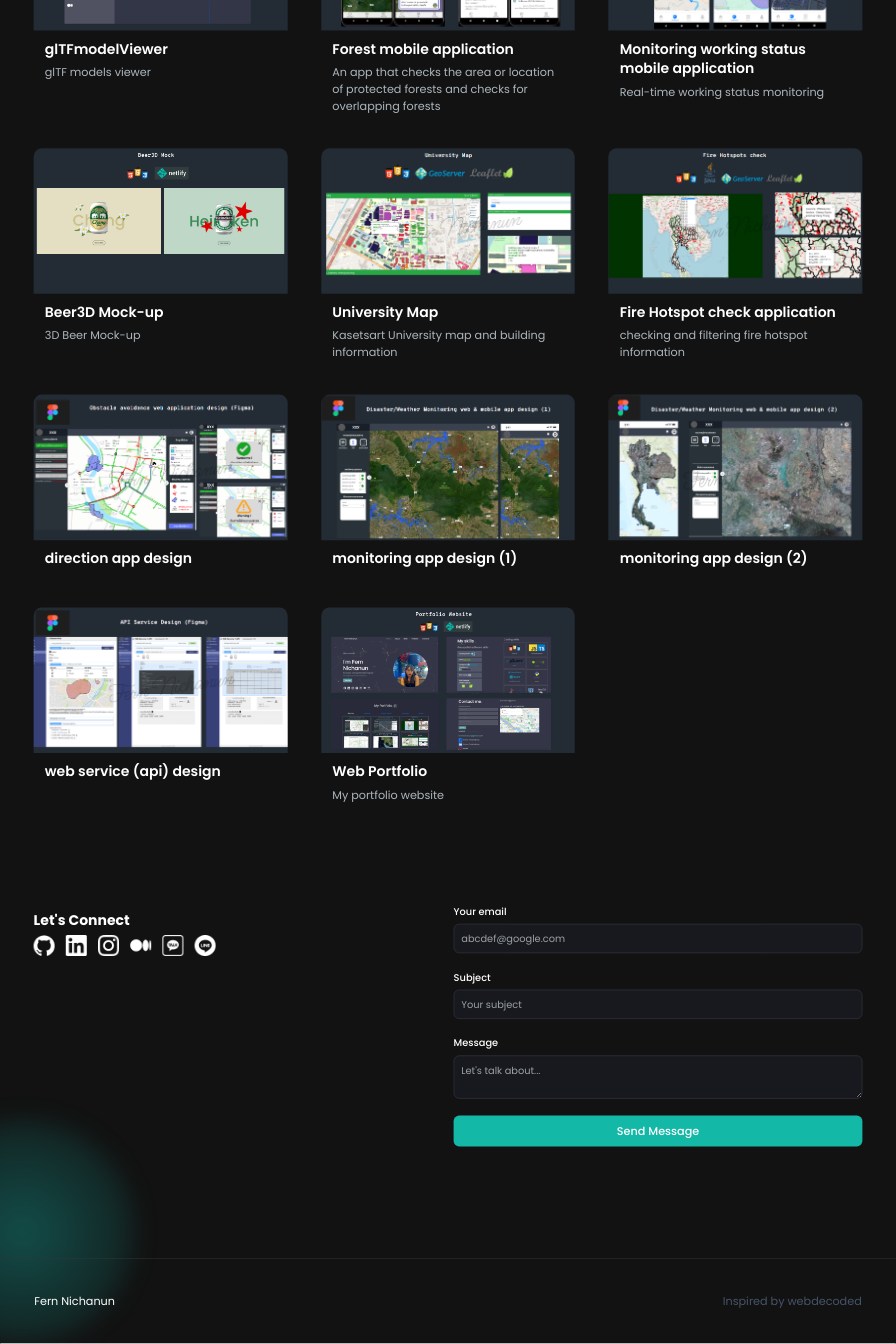
Repository: ffferncake/ffferncake-webport-2024
Page: /
These files come from the project's save history. The page is drawn as it stood at one moment and after the next save; the edit follows.
The browser window is 1280 px wide. The pictures show the part of the page from y = 2104 to 4024 px (the page is 4024 px tall), at 70% of full size.
The project was rebuilt for these pictures with package versions that can differ from the ones it lists, and the page was loaded fresh each time. The framework's server and built-in components were replaced by stand-ins that run in the browser. Also part of the build but not shown: next.config.js, src/app/components/MenuOverlay.jsx, src/app/components/AchievementsSection.jsx.

Above is the page before, as saved 2024-03-13 01:06:57.

### src/app/layout.js
import "./globals.css";
import { Poppins } from "next/font/google";

const poppins = Poppins({
  subsets: ["latin"],
  display: "swap",
  variable: "--font-poppins",
  weight: ["100", "200", "300", "400", "500", "600", "700", "800", "900"]
});
export const metadata = {
  title: "Fern Nichanun",
  description: "Ferncake Web Portfolio",
  // icons: [{ rel: 'icon', url: Favicon }],
};

export default function RootLayout({ children }) {
  return (
    <html lang="en">
      <link rel="icon" type="image/png" href="/images/carrot.png" />
      <body className={poppins.className}>{children}</body>
    </html>
  );
}

### src/app/globals.css
@import url('https://fonts.googleapis.com/css2?family=Poppins:wght@400;700&display=swap');
@tailwind base;
@tailwind components;
@tailwind utilities;

:root {
  --foreground-rgb: 0, 0, 0;
  --background-start-rgb: 214, 219, 220;
  --background-end-rgb: 255, 255, 255;
  --backgroud-color: hsl(231, 16%, 24%);
  --green-color: #5f9ea0;
  --secondary-color: #bbbbbb;
  --bg-color-of-lists-in-skills-section: hsl(229, 12%, 37%);
  --card-bg-color: #232432;

  --bg-color-for-form-inputs: #ffffff24;
  --border-color-for-form-inputs: #c4c4c44a;
}

@media (prefers-color-scheme: dark) {
  :root {
    --foreground-rgb: 255, 255, 255;
    --background-start-rgb: 0, 0, 0;
    --background-end-rgb: 0, 0, 0;
  }
}

body {
  color: rgb(var(--foreground-rgb));
  background: linear-gradient(
      to bottom,
      transparent,
      rgb(var(--background-end-rgb))
    )
    rgb(var(--background-start-rgb));
}

### src/app/components/HeroSection.jsx
"use client";
import React, { useState, useEffect } from "react";
import Image from "next/image";
import { TypeAnimation } from "react-type-animation";
import { motion } from "framer-motion";
import Link from "next/link";
import GithubIcon from "../../../public/images/sns-icon/github_negative.png";
import LinkedinIcon from "../../../public/images/sns-icon/linkedIn_negative.png";
import InstragramIcon from "../../../public/images/sns-icon/instagram_negative.png";
import MediumIcon from "../../../public/images/sns-icon/medium_negative.png";
import KakaoIcon from "../../../public/images/sns-icon/kakao.png";
import LineIcon from "../../../public/images/sns-icon/line_white.png";

const HeroSection = () => {
  const [flipImage, setFlipImage] = useState(false);

  useEffect(() => {
    const interval = setInterval(() => {
      setFlipImage((prevFlip) => !prevFlip); // Toggle flip state between true and false
    }, 1000); // Set interval duration to 1000ms (1 second)

    return () => clearInterval(interval); // Cleanup function to clear the interval on unmounting
  }, []);

  return (
    <section className="lg:py-16">
      <div className="grid grid-cols-1 sm:grid-cols-12">
        <motion.div
          initial={{ opacity: 0, scale: 0.5 }}
          animate={{ opacity: 1, scale: 1 }}
          transition={{ duration: 0.5 }}
          className="col-span-8 place-self-center text-center sm:text-left justify-self-start"
        >
          <h1 className="text-white mb-4 text-3xl sm:text-4xl lg:text-7xl lg:leading-normal font-extrabold">
            <span className="text-transparent bg-clip-text bg-gradient-to-r from-primary-400 to-secondary-400">
              Hello, I&apos;m{" "}
            </span>
            <br></br>
            <TypeAnimation
              sequence={[
                "Fern Nichanun",
                1000,
                "Web Developer",
                1000,
                "Mobile Developer",
                1000
                // "UI/UX Designer",
                // 1000,
              ]}
              wrapper="span"
              speed={50}
              repeat={Infinity}
            />
          </h1>
          <p className="text-[#ADB7BE] text-base sm:text-lg mb-6 lg:text-xl">
            Fronted Developer.
          </p>
          <div>
            <Link
              href="/#contact"
              className="px-6 inline-block py-3 w-full sm:w-fit rounded-full mr-4 bg-gradient-to-br from-primary-500 to-secondary-500 hover:bg-slate-200 text-white"
            >
              Hire Me
            </Link>
            <Link
              href="https://docs.google.com/presentation/d/1z7HzCXi2YN3cB4-aMu2r1YaA_lvp-Hnor0B5jhDNz0A/edit?usp=sharing"
              className="px-1 inline-block py-1 w-full sm:w-fit rounded-full bg-gradient-to-br from-primary-500 to-secondary-500 hover:bg-slate-800 text-white mt-3"
            >
              <span className="block bg-[#121212] hover:bg-slate-800 rounded-full px-5 py-2">
                Download CV
              </span>
            </Link>
            <div className="mt-10 socials flex flex-row gap-4">
              <Link href="https://github.com/ffferncake">
                <Image
                  src={GithubIcon}
                  alt="Github Icon"
                  width={30}
                  height={30}
                />
              </Link>
              <Link href="https://www.linkedin.com/in/nichanun-trakulphudphong/">
                <Image
                  src={LinkedinIcon}
                  alt="Linkedin Icon"
                  width={30}
                  height={30}
                />
              </Link>
              <Link href="https://www.instagram.com/ferncake/">
                <Image
                  src={InstragramIcon}
                  alt="Instragram Icon"
                  width={30}
                  height={30}
                />
              </Link>
              <Link href="https://medium.com/@fernnichanun">
                <Image
                  src={MediumIcon}
                  alt="Medium Icon"
                  width={30}
                  height={30}
                />
              </Link>
              <Link href="./images/sns-icon/kakao_qr.jpg">
                <Image
                  src={KakaoIcon}
                  alt="Kakao Icon"
                  width={30}
                  height={30}
                />
              </Link>
              <Link href="https://line.me/ti/p/JTehJXJst6">
                <Image src={LineIcon} alt="Line Icon" width={30} height={30} />
              </Link>
            </div>
          </div>
        </motion.div>
        <motion.div
          initial={{ opacity: 0, scale: 0.5 }}
          animate={{ opacity: 1, scale: 1 }}
          transition={{ duration: 0.5 }}
          className="col-span-4 place-self-center mt-4 lg:mt-0"
        >
          <div className="relative">
            <Image
              src={
                flipImage
                  ? "/images/ferncake-graduated-modified.png"
                  : "/images/ferncake-macbook.png"
              }
              alt="hero image"
              className="rounded-full bg-[#ffff] w-[150px] h-[150px] lg:w-[300px] lg:h-[300px]"
              width={300}
              height={300}
            />
          </div>
        </motion.div>
      </div>
    </section>
  );
};

export default HeroSection;

### src/app/components/Navbar.jsx
"use client";
import Link from "next/link";
import React, { useState } from "react";
import NavLink from "./NavLink";
import { Bars3Icon, XMarkIcon } from "@heroicons/react/24/solid";
import MenuOverlay from "./MenuOverlay";

const navLinks = [
  {
    title: "<About/>",
    path: "#about",
  },
  {
    title: "<Projects/>",
    path: "#projects",
  },
  {
    title: "<Contact/>",
    path: "#contact",
  },
];

const Navbar = () => {
  const [navbarOpen, setNavbarOpen] = useState(false);

  return (
    <nav className="fixed mx-auto border border-[#33353F] top-0 left-0 right-0 z-10 bg-[#121212] bg-opacity-100">
      <div className="flex container lg:py-4 flex-wrap items-center justify-between mx-auto px-4 py-2">
        <Link
          href={"/"}
          className="text-1xl md:text-2xl text-white font-semibold"
        >
          Fern Nichanun.
        </Link>
        <div className="mobile-menu block md:hidden">
          {!navbarOpen ? (
            <button
              onClick={() => setNavbarOpen(true)}
              className="flex items-center px-3 py-2 border rounded border-slate-200 text-slate-200 hover:text-white hover:border-white"
            >
              <Bars3Icon className="h-5 w-5" />
            </button>
          ) : (
            <button
              onClick={() => setNavbarOpen(false)}
              className="flex items-center px-3 py-2 border rounded border-slate-200 text-slate-200 hover:text-white hover:border-white"
            >
              <XMarkIcon className="h-5 w-5" />
            </button>
          )}
        </div>
        <div className="menu hidden md:block md:w-auto" id="navbar">
          <ul className="flex p-4 md:p-0 md:flex-row md:space-x-8 mt-0">
            {navLinks.map((link, index) => (
              <li key={index}>
                <NavLink href={link.path} title={link.title} />
              </li>
            ))}
          </ul>
        </div>
      </div>
      {navbarOpen ? <MenuOverlay links={navLinks} /> : null}
    </nav>
  );
};

export default Navbar;

### src/app/components/ProjectsSection.jsx
"use client";
import React, { useState, useRef } from "react";
import ProjectCard from "./ProjectCard";
import ProjectTag from "./ProjectTag";
import { motion, useInView } from "framer-motion";

const projectsData = [
  {
    id: 1,
    title: "Obstacle Avoidance Web Application",
    description: "Obstacle avoidance, Best route/direction finding",
    image: "/images/portfolio/web_direction_1.png",
    tag: ["All", "Web"],
    // gitUrl: "/",
    // previewUrl: "/"
  },
  {
    id: 2,
    title: "Disaster & Weather Monitoring Web Map",
    description: "temperature, pressure, wind, etc real-time monitoring",
    image: "/images/portfolio/web_monitoring.png",
    tag: ["All", "Web"],
    // gitUrl: "/",
    // previewUrl: "/"
  },
  {
    id: 3,
    title: "Weather App",
    description: "daily and weekly weather ",
    image: "/images/portfolio/WeatherApp.png",
    tag: ["All", "Web"],
    gitUrl: "https://github.com/ffferncake/weather-app",
    previewUrl: "https://weather-fern.netlify.app"
  },
  {
    id: 4,
    title: "glTFmodelViewer",
    description: "glTF models viewer",
    image: "/images/portfolio/glTFmodelViewer.png",
    tag: ["All", "Web"],
    gitUrl: "https://github.com/ffferncake/gltf-visualization-app",
    previewUrl: "https://gltf-visualization-fern.netlify.app"
  },
  {
    id: 5,
    title: "Forest mobile application",
    description:
      "An app that checks the area or location of protected forests and checks for overlapping forests",
    image: "/images/portfolio/forest_mobile.png",
    tag: ["All", "Mobile"],
    // gitUrl: "/",
    // previewUrl: "/"
  },
  {
    id: 6,
    title: "Monitoring working status mobile application",
    description: "Real-time working status monitoring ",
    image: "/images/portfolio/mwa_mobile.png",
    tag: ["All", "Mobile"],
    // gitUrl: "/",
    // previewUrl: "/"
  },
  {
    id: 7,
    title: "Beer3D Mock-up",
    description: "3D Beer Mock-up",
    image: "/images/portfolio/Beer3D.png",
    tag: ["All", "Web"],
    gitUrl: "https://github.com/ffferncake/3D-Beer",
    previewUrl: "https://3d-beer-fern.netlify.app"
  },
  {
    id: 8,
    title: "University Map",
    description: "Kasetsart University map and building information",
    image: "/images/portfolio/KU_webmap_1.png",
    tag: ["All", "Web"],
    // gitUrl: "/",
    // previewUrl: "/"
  },
  {
    id: 9,
    title: "Fire Hotspot check application",
    description: "checking and filtering fire hotspot information",
    image: "/images/portfolio/hotspot_check_1.png",
    tag: ["All", "Web"],
    gitUrl: "https://github.com/ffferncake/fire-hotspot-check",
    // previewUrl: "/"
  },
  {
    id: 10,
    title: "direction app design",
    description: "",
    image: "/images/portfolio/web_direction_design.png",
    tag: ["All", "Design"],
    // gitUrl: "/",
    // previewUrl: "/"
  },
  {
    id: 11,
    title: "monitoring app design (1)",
    description: "",
    image: "/images/portfolio/web_monitoring_design_1.png",
    tag: ["All", "Design"],
    // gitUrl: "/",
    // previewUrl: "/"
  },
  {
    id: 12,
    title: "monitoring app design (2)",
    description: "",
    image: "/images/portfolio/web_monitoring_design_2.png",
    tag: ["All", "Design"],
    // gitUrl: "/",
    // previewUrl: "/"
  },
  {
    id: 13,
    title: "web service (api) design",
    description: "",
    image: "/images/portfolio/api_service_design.png",
    tag: ["All", "Design"],
    // gitUrl: "/",
    // previewUrl: "/"
  },
  {
    id: 14,
    title: "Web Portfolio",
    description: "My portfolio website",
    image: "/images/portfolio/web_port_v1.png",
    tag: ["All", "Web"],
    gitUrl: "https://github.com/ffferncake/ffferncake-webport",
    previewUrl: "https://ferncake.netlify.app/"
  },
];

const ProjectsSection = () => {
  const [tag, setTag] = useState("All");
  const ref = useRef(null);
  const isInView = useInView(ref, { once: true });

  const handleTagChange = (newTag) => {
    setTag(newTag);
  };

  const filteredProjects = projectsData.filter((project) =>
    project.tag.includes(tag)
  );

  const cardVariants = {
    initial: { y: 50, opacity: 0 },
    animate: { y: 0, opacity: 1 }
  };

  return (
    <section id="projects">
      <h2 className="text-center text-4xl font-bold text-white mt-4 mb-8 md:mb-12">
        My Projects
      </h2>
      <div className="text-white flex flex-row justify-center items-center gap-2 py-6">
        {/* <ProjectTag
          onClick={handleTagChange}
          name="All"
          isSelected={tag === "All"}
        /> */}
        <ProjectTag
          onClick={handleTagChange}
          name="Web"
          isSelected={tag === "Web"}
        />
        <ProjectTag
          onClick={handleTagChange}
          name="Mobile"
          isSelected={tag === "Mobile"}
        />
        <ProjectTag
          onClick={handleTagChange}
          name="Design"
          isSelected={tag === "Design"}
        />
      </div>
      <ul ref={ref} className="grid md:grid-cols-3 gap-8 md:gap-12">
        {filteredProjects.map((project, index) => (
          <motion.li
            key={index}
            variants={cardVariants}
            initial="initial"
            animate={isInView ? "animate" : "initial"}
            transition={{ duration: 0.3, delay: index * 0.4 }}
          >
            <ProjectCard
              key={project.id}
              title={project.title}
              description={project.description}
              imgUrl={project.image}
              gitUrl={project.gitUrl ? project.gitUrl : null}
              previewUrl={project.previewUrl ? project.previewUrl : null}
            />
          </motion.li>
        ))}
      </ul>
    </section>
  );
};

export default ProjectsSection;

### src/app/components/Footer.jsx
import React from "react";

const Footer = () => {
  return (
    <footer className="footer border z-10 border-t-[#33353F] border-l-transparent border-r-transparent text-white">
      <div className="container p-12 flex justify-between">
        <span>Fern Nichanun</span>
        <p className="text-slate-600">Inspired by webdecoded</p>
      </div>
    </footer>
  );
};

export default Footer;

### src/app/components/NavLink.jsx
import Link from "next/link";

const NavLink = ({ href, title }) => {
  return (
    <Link
      href={href}
      className="block py-2 pl-3 pr-4 text-[#ADB7BE] sm:text-md rounded md:p-0 hover:text-white"
    >
      {title}
    </Link>
  );
};

export default NavLink;

### src/app/components/ProjectCard.jsx
import React from "react";
import { CodeBracketIcon, EyeIcon } from "@heroicons/react/24/outline";
import Link from "next/link";

const ProjectCard = ({ imgUrl, title, description, gitUrl, previewUrl }) => {
  return (
    <div>
      <div
        className="h-52 md:h-52 rounded-t-xl relative group bg-cover bg-no-repeat bg-center overflow-hidden transform transition-transform duration-300 hover:scale-150"
        style={{
          backgroundImage: `url(${imgUrl})`
        }}
      >
        {gitUrl && previewUrl && (
          <div className="overlay items-center justify-center absolute top-0 left-0 w-full h-full bg-[#181818] bg-opacity-0 hidden group-hover:flex group-hover:bg-opacity-80 transition-all duration-500 ">
            <Link
              href={gitUrl}
              className="h-14 w-14 mr-2 border-2 relative rounded-full border-[#ADB7BE] hover:border-white group/link"
            >
              <CodeBracketIcon className="h-10 w-10 text-[#ADB7BE] absolute top-1/2 left-1/2 transform -translate-x-1/2 -translate-y-1/2  cursor-pointer group-hover/link:text-white" />
            </Link>
            <Link
              href={previewUrl}
              className="h-14 w-14 border-2 relative rounded-full border-[#ADB7BE] hover:border-white group/link"
            >
              <EyeIcon className="h-10 w-10 text-[#ADB7BE] absolute top-1/2 left-1/2 transform -translate-x-1/2 -translate-y-1/2  cursor-pointer group-hover/link:text-white" />
            </Link>
          </div>
        )}
      </div>
      <div className="text-white rounded-b-xl mt-3 bg-[#181818]py-6 px-4">
        <h5 className="text-xl font-semibold mb-2">{title}</h5>
        <p className="text-[#ADB7BE]">{description}</p>
      </div>
    </div>
  );
};

export default ProjectCard;

### src/app/components/ProjectTag.jsx
import React from "react";

const ProjectTag = ({ name, onClick, isSelected }) => {
  const buttonStyles = isSelected
    ? "text-white border-primary-500"
    : "text-[#ADB7BE] border-slate-600 hover:border-white";
  return (
    <button
      className={`${buttonStyles} rounded-full border-2 px-6 py-3 text-md cursor-pointer`}
      onClick={() => onClick(name)}
    >
      {name}
    </button>
  );
};

export default ProjectTag;

Loaded but not shown: src/app/components/TabButton.jsx (common file); src/app/page.js (23 lines, source omitted); tailwind.config.js (24 lines, source omitted); src/app/components/AboutSection.jsx (330 lines, source omitted); src/app/components/EmailSection.jsx (175 lines, source omitted)

After the next save:
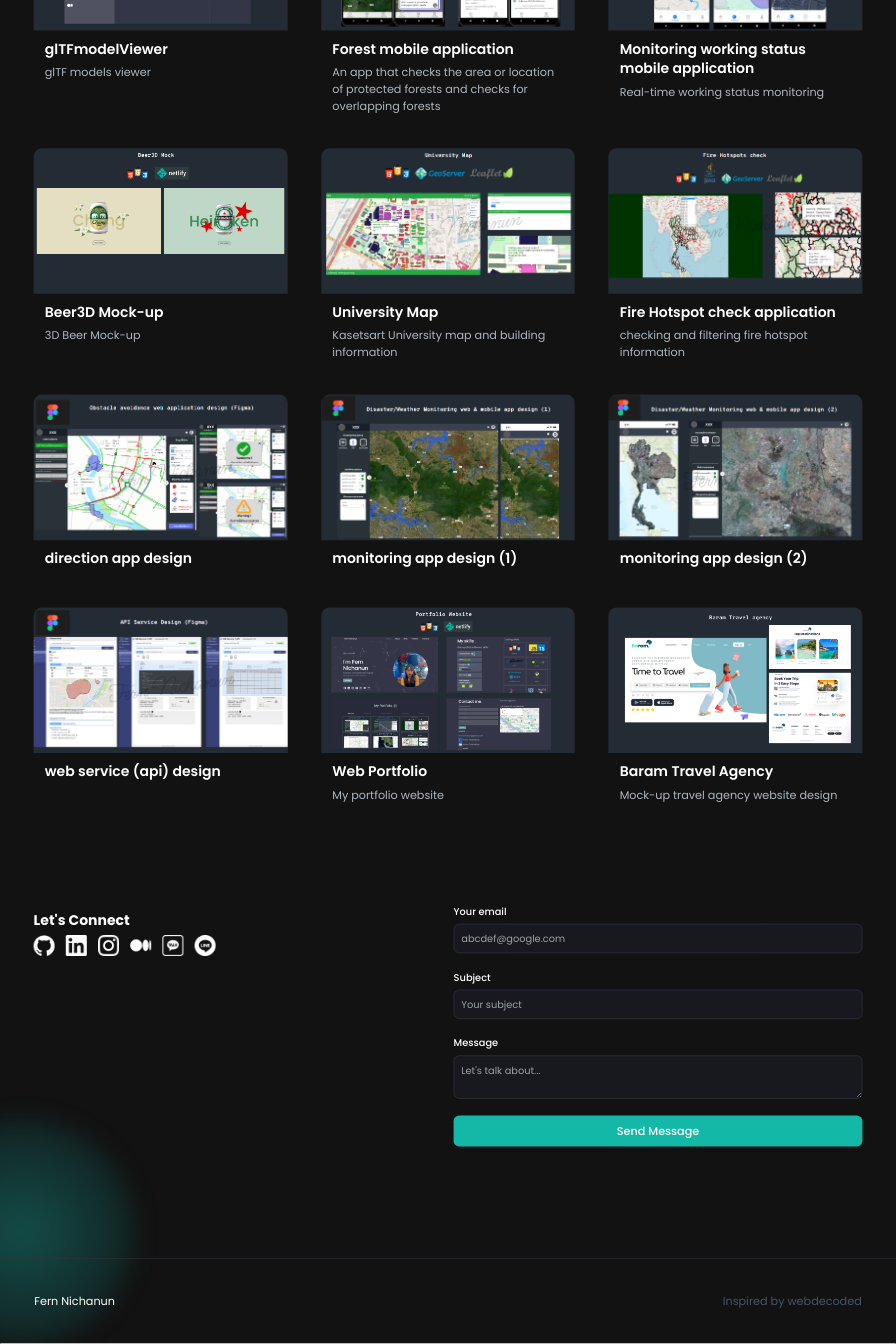
Saved 5 min 10 s later.
--- a/src/app/components/ProjectsSection.jsx
+++ b/src/app/components/ProjectsSection.jsx
@@ -131,6 +131,15 @@ const projectsData = [
     tag: ["All", "Web"],
     gitUrl: "https://github.com/ffferncake/ffferncake-webport",
     previewUrl: "https://ferncake.netlify.app/"
+  },
+  {
+    id: 15,
+    title: "Baram Travel Agency",
+    description: "Mock-up travel agency website design",
+    image: "/images/portfolio/Baram_design.png",
+    tag: ["All", "Web"],
+    // gitUrl: "https://github.com/ffferncake/ffferncake-webport",
+    // previewUrl: "https://ferncake.netlify.app/"
   },
 ];
 
